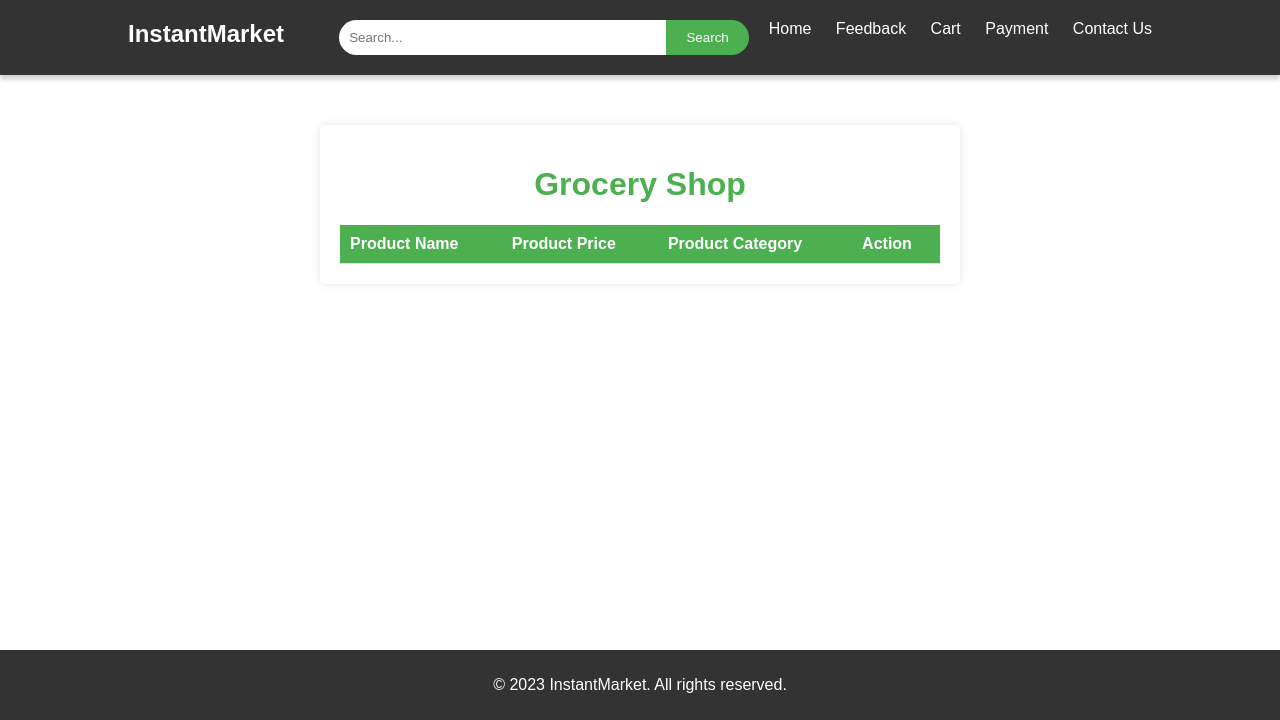
Repository: UrinduYatawakaa/OOP_project
Page: http://localhost/ProductDemo/categoryServlet?category=Beverages
These files come from the project's save history. The page is drawn as it stood at one moment and after the next save; the edit follows.
The browser window is 1280 px wide. The pictures show the whole page.
The page is served by Tomcat 9. Other server files are loaded and not shown. Queries for data that is not in the repository find no rows.

Above is the page before, as saved 2023-10-27 08:14:42.

### oop project/ProductDemo/src/main/webapp/category.jsp
<%@ page language="java" contentType="text/html; charset=ISO-8859-1"
    pageEncoding="ISO-8859-1"%>
    <%@taglib prefix="c" uri="http://java.sun.com/jsp/jstl/core"%>

<!DOCTYPE html>
<html lang="en">

<head>
    <meta charset="UTF-8">
    <meta name="viewport" content="width=device-width, initial-scale=1.0">
    <link rel="stylesheet" href="css/stylesheader.css" type="text/css">
    <link rel="stylesheet" href="css/category.css" type="text/css">
    <title>Categories</title>
</head>
<header>
    <div class="container">
        <h1>InstantMarket</h1>
        <nav>
            <ul>
                <li><a href="homePage.jsp">Home</a></li>
                <li><a href="#">Feedback</a></li>
                <li><a href="#">Cart</a></li>
                <li><a href="#">Payment</a></li>
                <li><a href="#">Contact Us</a></li>
            </ul>
        </nav>
        <div class="search-bar">
            <form action="log" method="post">
                <input type="text" name="ProductName" placeholder="Search...">
                <input type="submit" name="submit" value="Search">
            </form>
        </div>

    </div>
</header>

<body>
    <div class="container2">
        <h1>Grocery Shop</h1>
        <table class="cart">
            <thead>
                <tr>
                    <th>Product Name</th>
                    <th>Product Price</th>
                    <th>Product Category</th>
                    <th>Action</th>
                </tr>
            </thead>
            <c:forEach var="product" items = "${productDetails}" >

            <c:set var="id" value="${product.id}"/>
            <c:set var="name" value="${product.name}"/>
            <c:set var="price" value="${product.price}"/>
            <c:set var="category" value="${product.category}"/>

            <tbody>
                <tr>
                    <td>${product.name}</td>
                    <td>${product.price}</td>
                    <td>${product.category}</td>
                    <td><a href="#" class="add-to-cart-button">Add to Cart</a></td>
                </tr>

        </c:forEach>
        </tbody>

        </table>
    </div>
</body>
    <footer>
        <div class="container">
            <p>&copy; 2023 InstantMarket. All rights reserved.</p>
        </div>
    </footer>


</html>

### oop project/ProductDemo/src/main/java/com/product/categoryServlet.java
package com.product;

import java.io.IOException;
import java.util.List;

import javax.servlet.RequestDispatcher;
import javax.servlet.ServletException;
import javax.servlet.annotation.WebServlet;
import javax.servlet.http.HttpServlet;
import javax.servlet.http.HttpServletRequest;
import javax.servlet.http.HttpServletResponse;

@WebServlet("/categoryServlet")
public class categoryServlet extends HttpServlet {
	private static final long serialVersionUID = 1L;

	protected void doGet(HttpServletRequest request, HttpServletResponse response) throws ServletException, IOException {
		String category = request.getParameter("category");

		List<Product> productDetails = ProductDBUtil.getCategory(category);
			request.setAttribute("productDetails", productDetails);

			RequestDispatcher dis = request.getRequestDispatcher("category.jsp");
			dis.forward(request, response);



	}
}

### oop project/ProductDemo/src/main/java/com/product/ProductDBUtil.java
package com.product;
import java.sql.Connection;
import java.sql.DriverManager;
import java.sql.PreparedStatement;
import java.sql.ResultSet;
import java.sql.Statement;
import java.util.ArrayList;
import java.util.List;


public class ProductDBUtil {

	private static boolean isSuccess;
	private static Connection con = null;
	private static Statement stmt = null;
	private static ResultSet rs = null;

	public static List<Product> getProduct (String name){

		ArrayList<Product> product = new ArrayList<>();



		try {
			//String sql = "select * from product_details where product_name='%''"+name+"''%'";
			con = DBConnect.getConnction();
			stmt = con.createStatement();
			String sql = "SELECT * FROM product_details WHERE product_name LIKE '%" + name + "%'";
			rs = stmt.executeQuery(sql);

			if(rs.next()) {
				int id = rs.getInt(1);
				String productName = rs.getString(2);
				double price = rs.getDouble(3);
				String category = rs.getString(4);

				Product p = new Product(id,productName,price,category);
				product.add(p);
			}

		} catch (Exception e) {
			e.printStackTrace();
		}



		return product;

	}

	public static boolean InsertProduct(String name, String price, String category) {

		boolean isSuccess = false;


		try {
			con = DBConnect.getConnction();
			stmt = con.createStatement();
            double Price = Double.parseDouble(price); // Convert the String to a double

			String sql = "insert into product_details values (0,'"+name+"','"+Price+"','"+category+"')";
			int rs = stmt.executeUpdate(sql); //update to query

			if(rs>0) {
				isSuccess = true;
			} else {
				isSuccess = false;
			}

		} catch (Exception e) {
			e.printStackTrace();
		}


		return isSuccess;
	}

	public static boolean updateProduct(String id, String name, String price, String category) {

		try {
			con = DBConnect.getConnction();
			stmt = con.createStatement();

			double Price = Double.parseDouble(price);

			String sql = "update product_details set product_name='"+name+"', product_price='"+Price+"', product_category='"+category+"' where idproduct_details='"+id+"'";
			int rs = stmt.executeUpdate(sql);

			if(rs > 0) {
				isSuccess = true;
			} else {
				isSuccess = false;
			}

		} catch (Exception e) {
			e.printStackTrace();
		}

		return isSuccess;
	}

	public static List<Product> getProdcutDetails(String id){

		int convertID = Integer.parseInt(id);

		ArrayList<Product> product = new ArrayList<>();

		try {

			con = DBConnect.getConnction();
			stmt = con.createStatement();
			String sql = "SELECT * FROM product_details WHERE idproduct_details='" + convertID + "'";
			rs = stmt.executeQuery(sql);

			while(rs.next()) {
				int ID = rs.getInt(1);
				String productName = rs.getString(2);
				double price = rs.getDouble(3);
				String category = rs.getString(4);

				Product p = new Product(ID,productName,price,category);
				product.add(p);
			}


		} catch (Exception e) {
			e.printStackTrace();
		}

		return product;
	}


	public static List<Product> getCategory(String category){


		ArrayList<Product> product = new ArrayList<>();

		try {

			con = DBConnect.getConnction();
			stmt = con.createStatement();
			String sql = "SELECT * FROM product_details WHERE product_category='" + category + "'";
			rs = stmt.executeQuery(sql);

			while(rs.next()) {
				int ID = rs.getInt(1);
				String productName = rs.getString(2);
				double price = rs.getDouble(3);
				String categoryy = rs.getString(4);

				Product p = new Product(ID,productName,price,categoryy);
				product.add(p);
			}


		} catch (Exception e) {
			e.printStackTrace();
		}

		return product;
	}

//
public static List<Product> getAll(){


		ArrayList<Product> product = new ArrayList<>();

		try {

			con = DBConnect.getConnction();
			stmt = con.createStatement();
			String sql = "SELECT * FROM product_details";
			rs = stmt.executeQuery(sql);

			while(rs.next()) {
				int ID = rs.getInt(1);
				String productName = rs.getString(2);
				double price = rs.getDouble(3);
				String categoryy = rs.getString(4);

				Product p = new Product(ID,productName,price,categoryy);
				product.add(p);
			}


		} catch (Exception e) {
			e.printStackTrace();
		}

		return product;
	}

public static boolean deleteCustomer(String id) {

	int convertID = Integer.parseInt(id);

	try {

		con = DBConnect.getConnction();
		stmt = con.createStatement();
		String sql = "DELETE FROM product_details WHERE idproduct_details ='" + convertID + "'";
		int rs = stmt.executeUpdate(sql);

		if(rs > 0) {
			isSuccess = true;
		} else {
			isSuccess = false;
		}

	} catch (Exception e) {
		e.printStackTrace();
	}

	return isSuccess;
}

}

### oop project/ProductDemo/src/main/java/com/product/DBConnect.java
package com.product;

import java.sql.Connection;
import java.sql.DriverManager;

public class DBConnect {

	private static String url = "jdbc:mysql://localhost:3306/product";
	private static String user = "root";
	private static String password = "1234";
	private static Connection con;

	public static Connection getConnction() {

		try {
			Class.forName("com.mysql.jdbc.Driver");

			con = DriverManager.getConnection(url, user, password);

		} catch (Exception e) {
			System.out.println("Database connection failed!");
		}

		return con;

	}

}

### oop project/ProductDemo/src/main/webapp/css/stylesheader.css
@charset "ISO-8859-1";

body {
    font-family: Arial, sans-serif;
    margin: 0;
    padding: 0;
    background-color: #f4f4f4;
}

.container {
    width: 80%;
    margin: 0 auto;
    overflow: hidden;
}

header {
    background-color: #333;
    color: #fff;
    padding: 20px 0;
    box-shadow: 0px 4px 5px 0px rgba(0, 0, 0, 0.2);
}

header h1 {
    float: left;
    margin: 0;
    font-size: 24px;
}

header h1 span {
    color: #4CAF50;
}

nav ul {
    float: right;
    list-style: none;
    margin: 0;
    padding: 0;
}

nav ul li {
    display: inline;
    margin-left: 20px;
}

nav ul li a {
    color: #fff;
    text-decoration: none;
    transition: color 0.3s;
}

nav ul li a:hover {
    color: #4CAF50;
}

.search-bar{
    width: 40%;
    border-left: 10px;
    float:right;
}
.search-bar form {
    display: flex;
}

.search-bar input[type="text"] {
    padding: 10px;
    border: none;
    border-radius: 20px 0 0 20px;
    margin-right: 0;
    flex: 1;
}

.search-bar input[type="submit"] {
    padding: 10px 20px;
    background-color: #4CAF50;
    color: #fff;
    border: none;
    border-radius: 0 20px 20px 0;
    cursor: pointer;
    transition: background-color 0.3s;
}

.search-bar input[type="submit"]:hover {
    background-color: #45a049;
}

footer {
    background-color: #333;
    color: #fff;
    text-align: center;
    padding: 10px 0;
    position: fixed;
    bottom: 0;
    width: 100%;
}

### oop project/ProductDemo/src/main/webapp/css/category.css
@charset "ISO-8859-1";

body {
    font-family: Arial, sans-serif;
    background-color: #fff;
    color: #333;
    margin: 0;
    padding: 0;
}

.container2 {
    max-width: 600px;
    margin: 0 auto;
    padding: 20px;
    background-color: #fff;
    box-shadow: 0 0 10px rgba(0, 0, 0, 0.1);
    border-radius: 5px;
    margin-top: 50px;
    margin-bottom: 50px;
}

.container2 h1 {
    text-align: center;
    color: #4CAF50;
}

.cart {
    width: 100%;
    margin-top: 20px;
    border-collapse: collapse;
}

.cart th, .cart td {
    padding: 10px;
    text-align: left;
    border-bottom: 1px solid #ddd;
}

.cart th {
    background-color: #4CAF50;
    color: #fff;
}

.cart tbody tr:hover {
    background-color: #f5f5f5;
}

.add-to-cart-button {
    display: block;
    width: 100px;
    text-align: center;
    background-color: #4CAF50;
    color: #fff;
    padding: 8px 10px;
    text-decoration: none;
    border-radius: 5px;
    margin: 0 auto;
    margin-top: 5px;
}

.add-to-cart-button:hover {
    background-color: #333;
}

After the next save:
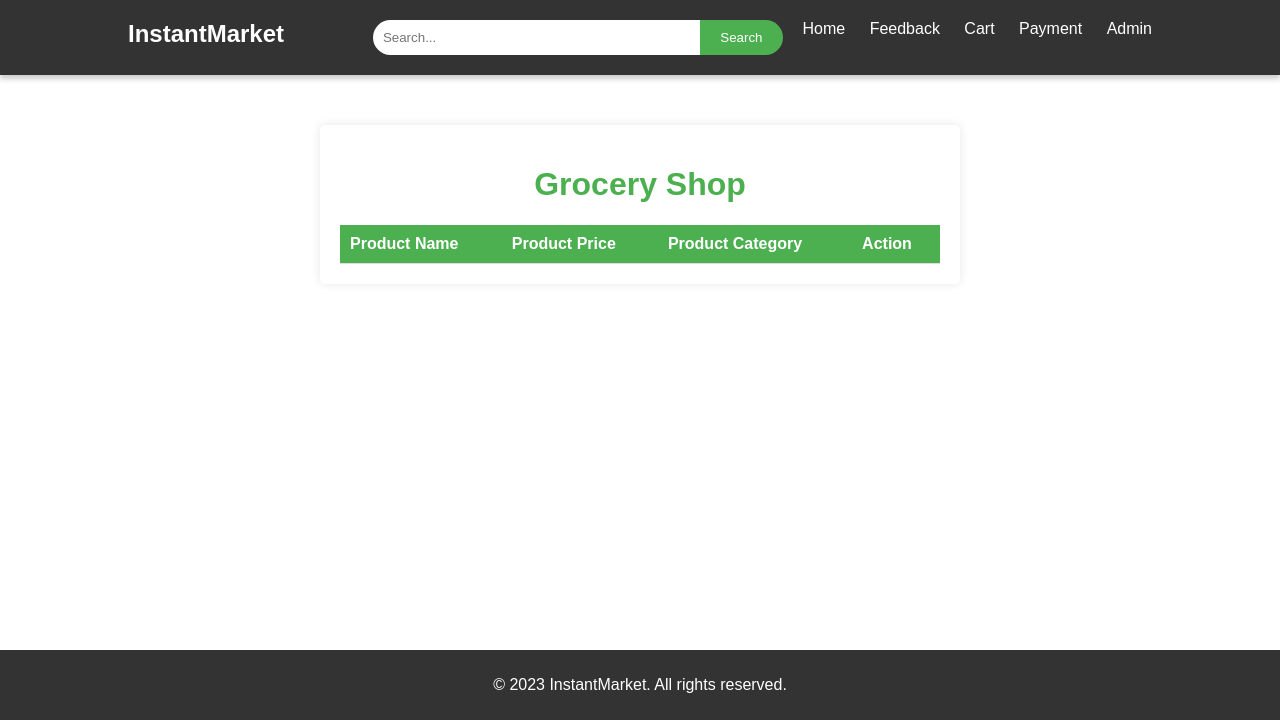
Saved 10 min 21 s later.
--- a/oop project/ProductDemo/src/main/webapp/category.jsp
+++ b/oop project/ProductDemo/src/main/webapp/category.jsp
@@ -21,7 +21,11 @@
                 <li><a href="#">Feedback</a></li>
                 <li><a href="#">Cart</a></li>
                 <li><a href="#">Payment</a></li>
-                <li><a href="#">Contact Us</a></li>
+                 <c:url value="AllServlet" var="BeveragesURL">
+           				<c:param name="category" value="Beverages"/>
+           			 </c:url>
+                   	<li><a href="${BeveragesURL}">Admin</a></li>
+
             </ul>
         </nav>
         <div class="search-bar">
